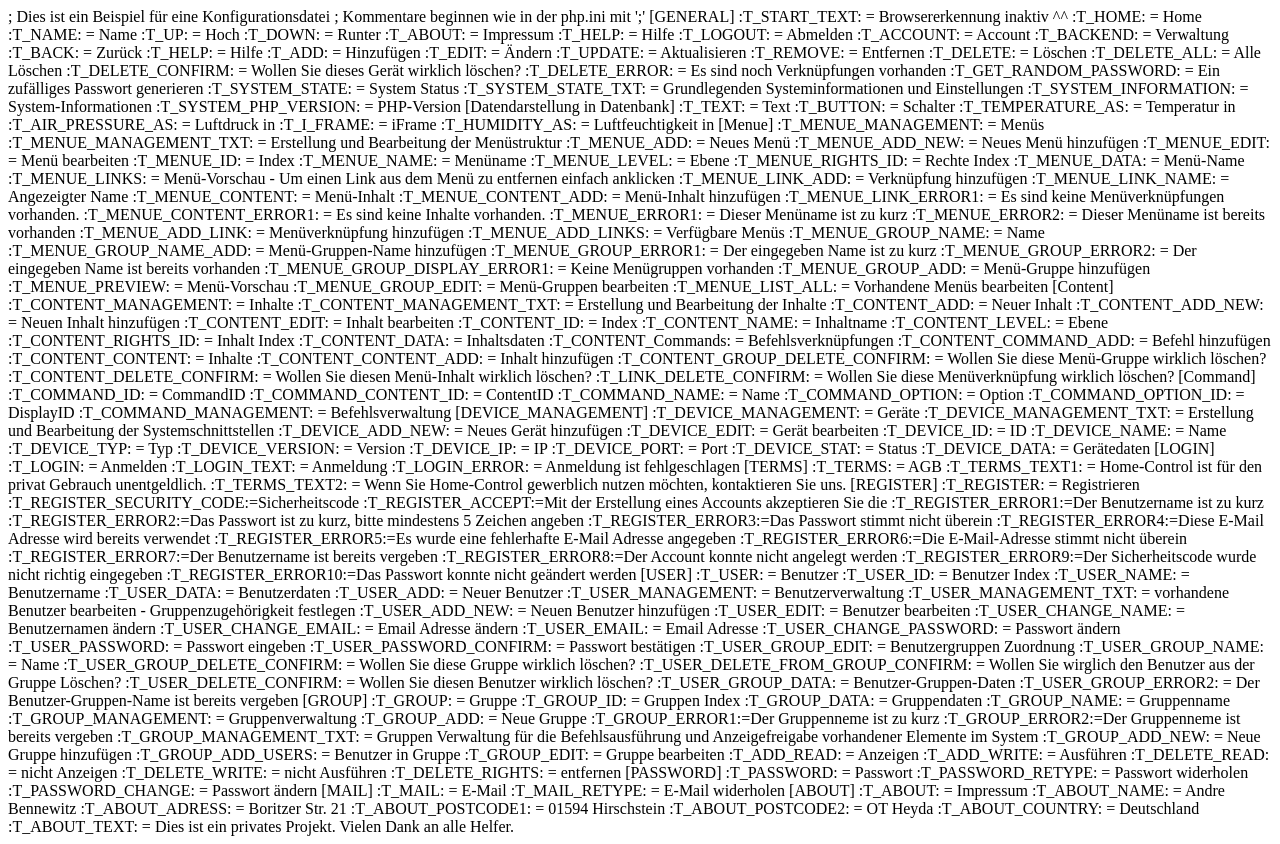
Repository: 0xF3ERROR/Home-Control
Page: http://localhost/language/lang_Ger.php
These files come from the project's save history. The page is drawn as it stood at one moment and after the next save; the edit follows.
The browser window is 1280 px wide. The pictures show the whole page.
The page is run by PHP 8.4 with error messages shown; the project is at /var/www/html/.

Above is the page before, as saved 2012-09-16 13:49:28.

### Source/language/lang_Ger.php
; Dies ist ein Beispiel für eine Konfigurationsdatei
; Kommentare beginnen wie in der php.ini mit ';'


[GENERAL]
:T_START_TEXT: = Browsererkennung inaktiv ^^
:T_HOME: = Home
:T_NAME: = Name
:T_UP: = Hoch
:T_DOWN: = Runter
:T_ABOUT: = Impressum
:T_HELP: = Hilfe
:T_LOGOUT: = Abmelden
:T_ACCOUNT: = Account
:T_BACKEND: = Verwaltung
:T_BACK: = Zurück
:T_HELP: = Hilfe
:T_ADD: = Hinzufügen
:T_EDIT: = Ändern
:T_UPDATE: = Aktualisieren
:T_REMOVE: = Entfernen
:T_DELETE: = Löschen
:T_DELETE_ALL: = Alle Löschen
:T_DELETE_CONFIRM: = Wollen Sie dieses Gerät wirklich löschen?
:T_DELETE_ERROR: = Es sind noch Verknüpfungen vorhanden
:T_GET_RANDOM_PASSWORD: = Ein zufälliges Passwort generieren
:T_SYSTEM_STATE: = System Status
:T_SYSTEM_STATE_TXT: = Grundlegenden Systeminformationen und Einstellungen
:T_SYSTEM_INFORMATION: = System-Informationen
:T_SYSTEM_PHP_VERSION: = PHP-Version

[Datendarstellung in Datenbank]
:T_TEXT: = Text
:T_BUTTON: = Schalter
:T_TEMPERATURE_AS: = Temperatur in
:T_AIR_PRESSURE_AS: = Luftdruck in
:T_I_FRAME: = iFrame
:T_HUMIDITY_AS: = Luftfeuchtigkeit in



[Menue]
:T_MENUE_MANAGEMENT: = Menüs
:T_MENUE_MANAGEMENT_TXT: = Erstellung und Bearbeitung der Menüstruktur
:T_MENUE_ADD: = Neues Menü
:T_MENUE_ADD_NEW: = Neues Menü hinzufügen
:T_MENUE_EDIT: = Menü bearbeiten
:T_MENUE_ID: = Index
:T_MENUE_NAME: = Menüname
:T_MENUE_LEVEL: = Ebene
:T_MENUE_RIGHTS_ID: = Rechte Index
:T_MENUE_DATA: = Menü-Name
:T_MENUE_LINKS: = Menü-Vorschau - Um einen Link aus dem Menü zu entfernen einfach anklicken
:T_MENUE_LINK_ADD: = Verknüpfung hinzufügen
:T_MENUE_LINK_NAME: = Angezeigter Name
:T_MENUE_CONTENT: = Menü-Inhalt
:T_MENUE_CONTENT_ADD: = Menü-Inhalt hinzufügen
:T_MENUE_LINK_ERROR1: = Es sind keine Menüverknüpfungen vorhanden.
:T_MENUE_CONTENT_ERROR1: = Es sind keine Inhalte vorhanden.
:T_MENUE_ERROR1: = Dieser Menüname ist zu kurz
:T_MENUE_ERROR2: = Dieser Menüname ist bereits vorhanden
:T_MENUE_ADD_LINK: = Menüverknüpfung hinzufügen
:T_MENUE_ADD_LINKS: = Verfügbare Menüs
:T_MENUE_GROUP_NAME: = Name
:T_MENUE_GROUP_NAME_ADD: = Menü-Gruppen-Name hinzufügen
:T_MENUE_GROUP_ERROR1: = Der eingegeben Name ist zu kurz
:T_MENUE_GROUP_ERROR2: = Der eingegeben Name ist bereits vorhanden
:T_MENUE_GROUP_DISPLAY_ERROR1: = Keine Menügruppen vorhanden
:T_MENUE_GROUP_ADD: = Menü-Gruppe hinzufügen
:T_MENUE_PREVIEW: = Menü-Vorschau
:T_MENUE_GROUP_EDIT: = Menü-Gruppen bearbeiten
:T_MENUE_LIST_ALL: = Vorhandene Menüs bearbeiten

[Content]
:T_CONTENT_MANAGEMENT: = Inhalte
:T_CONTENT_MANAGEMENT_TXT: = Erstellung und Bearbeitung der Inhalte
:T_CONTENT_ADD: = Neuer Inhalt
:T_CONTENT_ADD_NEW: = Neuen Inhalt hinzufügen
:T_CONTENT_EDIT: = Inhalt bearbeiten
:T_CONTENT_ID: = Index
:T_CONTENT_NAME: = Inhaltname
:T_CONTENT_LEVEL: = Ebene
:T_CONTENT_RIGHTS_ID: = Inhalt Index
:T_CONTENT_DATA: = Inhaltsdaten
:T_CONTENT_Commands: = Befehlsverknüpfungen
:T_CONTENT_COMMAND_ADD: = Befehl hinzufügen
:T_CONTENT_CONTENT: = Inhalte
:T_CONTENT_CONTENT_ADD: = Inhalt hinzufügen
:T_CONTENT_GROUP_DELETE_CONFIRM: = Wollen Sie diese Menü-Gruppe wirklich löschen?
:T_CONTENT_DELETE_CONFIRM: = Wollen Sie diesen Menü-Inhalt wirklich löschen?
:T_LINK_DELETE_CONFIRM: = Wollen Sie diese Menüverknüpfung wirklich löschen?



[Command]
:T_COMMAND_ID: = CommandID
:T_COMMAND_CONTENT_ID: = ContentID
:T_COMMAND_NAME: = Name
:T_COMMAND_OPTION: = Option
:T_COMMAND_OPTION_ID: = DisplayID
:T_COMMAND_MANAGEMENT: = Befehlsverwaltung


[DEVICE_MANAGEMENT]
:T_DEVICE_MANAGEMENT: = Geräte
:T_DEVICE_MANAGEMENT_TXT: = Erstellung und Bearbeitung der Systemschnittstellen
:T_DEVICE_ADD_NEW: = Neues Gerät hinzufügen
:T_DEVICE_EDIT: = Gerät bearbeiten
:T_DEVICE_ID: = ID
:T_DEVICE_NAME: = Name
:T_DEVICE_TYP: = Typ
:T_DEVICE_VERSION: = Version
:T_DEVICE_IP: = IP
:T_DEVICE_PORT: = Port
:T_DEVICE_STAT: = Status
:T_DEVICE_DATA: = Gerätedaten


[LOGIN]
:T_LOGIN: = Anmelden
:T_LOGIN_TEXT: = Anmeldung
:T_LOGIN_ERROR: = Anmeldung ist fehlgeschlagen


[TERMS]
:T_TERMS: = AGB
:T_TERMS_TEXT1: = Home-Control ist für den privat Gebrauch unentgeldlich.
:T_TERMS_TEXT2: = Wenn Sie Home-Control gewerblich nutzen möchten, kontaktieren Sie uns.


[REGISTER]
:T_REGISTER: = Registrieren
:T_REGISTER_SECURITY_CODE:=Sicherheitscode
:T_REGISTER_ACCEPT:=Mit der Erstellung eines Accounts akzeptieren Sie die
:T_REGISTER_ERROR1:=Der Benutzername ist zu kurz
:T_REGISTER_ERROR2:=Das Passwort ist zu kurz, bitte mindestens 5 Zeichen angeben
:T_REGISTER_ERROR3:=Das Passwort stimmt nicht überein
:T_REGISTER_ERROR4:=Diese E-Mail Adresse wird bereits verwendet
:T_REGISTER_ERROR5:=Es wurde eine fehlerhafte E-Mail Adresse angegeben
:T_REGISTER_ERROR6:=Die E-Mail-Adresse stimmt nicht überein
:T_REGISTER_ERROR7:=Der Benutzername ist bereits vergeben
:T_REGISTER_ERROR8:=Der Account konnte nicht angelegt werden
:T_REGISTER_ERROR9:=Der Sicherheitscode wurde nicht richtig eingegeben
:T_REGISTER_ERROR10:=Das Passwort konnte nicht geändert werden


[USER]
:T_USER: = Benutzer
:T_USER_ID: = Benutzer Index
:T_USER_NAME: = Benutzername
:T_USER_DATA: = Benutzerdaten
:T_USER_ADD: = Neuer Benutzer
:T_USER_MANAGEMENT: = Benutzerverwaltung
:T_USER_MANAGEMENT_TXT: = vorhandene Benutzer bearbeiten - Gruppenzugehörigkeit festlegen
:T_USER_ADD_NEW: = Neuen Benutzer hinzufügen
:T_USER_EDIT: = Benutzer bearbeiten
:T_USER_CHANGE_NAME: = Benutzernamen ändern
:T_USER_CHANGE_EMAIL: = Email Adresse ändern
:T_USER_EMAIL: = Email Adresse
:T_USER_CHANGE_PASSWORD: = Passwort ändern
:T_USER_PASSWORD: = Passwort eingeben
:T_USER_PASSWORD_CONFIRM: = Passwort bestätigen
:T_USER_GROUP_EDIT: = Benutzergruppen Zuordnung
:T_USER_GROUP_NAME: = Name
:T_USER_GROUP_DELETE_CONFIRM: = Wollen Sie diese Gruppe wirklich löschen?
:T_USER_DELETE_FROM_GROUP_CONFIRM: = Wollen Sie wirglich den Benutzer aus der Gruppe Löschen?
:T_USER_DELETE_CONFIRM: = Wollen Sie diesen Benutzer wirklich löschen?
:T_USER_GROUP_DATA: = Benutzer-Gruppen-Daten
:T_USER_GROUP_ERROR2: = Der Benutzer-Gruppen-Name ist bereits vergeben

[GROUP]
:T_GROUP: = Gruppe
:T_GROUP_ID: = Gruppen Index
:T_GROUP_DATA: = Gruppendaten
:T_GROUP_NAME: = Gruppenname
:T_GROUP_MANAGEMENT: = Gruppenverwaltung
:T_GROUP_ADD: = Neue Gruppe
:T_GROUP_ERROR1:=Der Gruppenneme ist zu kurz
:T_GROUP_ERROR2:=Der Gruppenneme ist bereits vergeben
:T_GROUP_MANAGEMENT_TXT: = Gruppen Verwaltung für die Befehlsausführung und Anzeigefreigabe vorhandener Elemente im System
:T_GROUP_ADD_NEW: = Neue Gruppe hinzufügen
:T_GROUP_ADD_USERS: = Benutzer in Gruppe
:T_GROUP_EDIT: = Gruppe bearbeiten
:T_ADD_READ: = Anzeigen
:T_ADD_WRITE: = Ausführen
:T_DELETE_READ: = nicht Anzeigen
:T_DELETE_WRITE: = nicht Ausführen
:T_DELETE_RIGHTS: = entfernen

[PASSWORD]
:T_PASSWORD: = Passwort
:T_PASSWORD_RETYPE: = Passwort widerholen
:T_PASSWORD_CHANGE: = Passwort ändern


[MAIL]
:T_MAIL: = E-Mail
:T_MAIL_RETYPE: = E-Mail widerholen


[ABOUT]
:T_ABOUT: = Impressum
:T_ABOUT_NAME: = Andre Bennewitz
:T_ABOUT_ADRESS: = Boritzer Str. 21
:T_ABOUT_POSTCODE1: = 01594 Hirschstein
:T_ABOUT_POSTCODE2: = OT Heyda
:T_ABOUT_COUNTRY: = Deutschland
:T_ABOUT_TEXT: = Dies ist ein privates Projekt. Vielen Dank an alle Helfer.

After the next save:
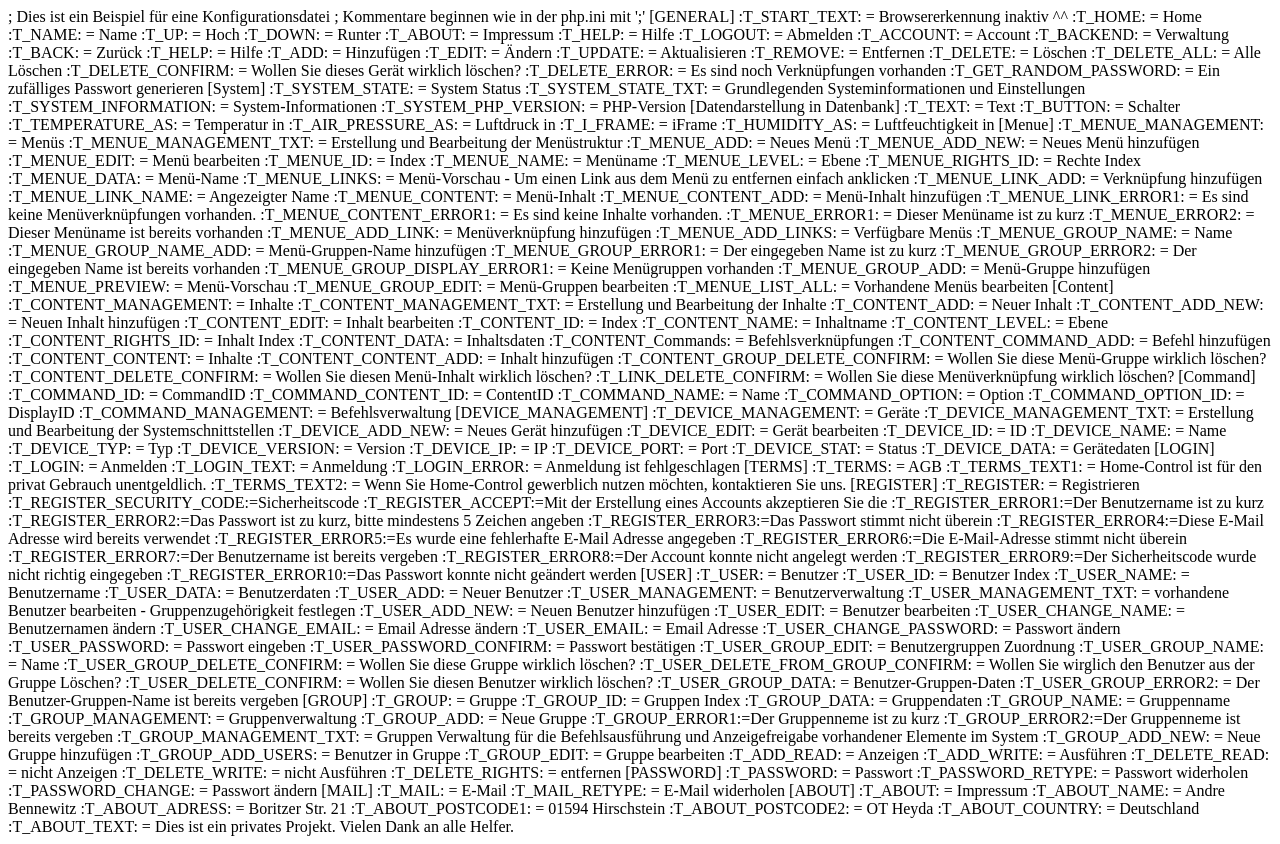
Saved 14 s later.
--- a/Source/language/lang_Ger.php
+++ b/Source/language/lang_Ger.php
@@ -24,10 +24,16 @@
 :T_DELETE_CONFIRM: = Wollen Sie dieses Gerät wirklich löschen?
 :T_DELETE_ERROR: = Es sind noch Verknüpfungen vorhanden
 :T_GET_RANDOM_PASSWORD: = Ein zufälliges Passwort generieren
+
+
+[System]
 :T_SYSTEM_STATE: = System Status
 :T_SYSTEM_STATE_TXT: = Grundlegenden Systeminformationen und Einstellungen
 :T_SYSTEM_INFORMATION: = System-Informationen
 :T_SYSTEM_PHP_VERSION: = PHP-Version
+
+
+
 
 [Datendarstellung in Datenbank]
 :T_TEXT: = Text
